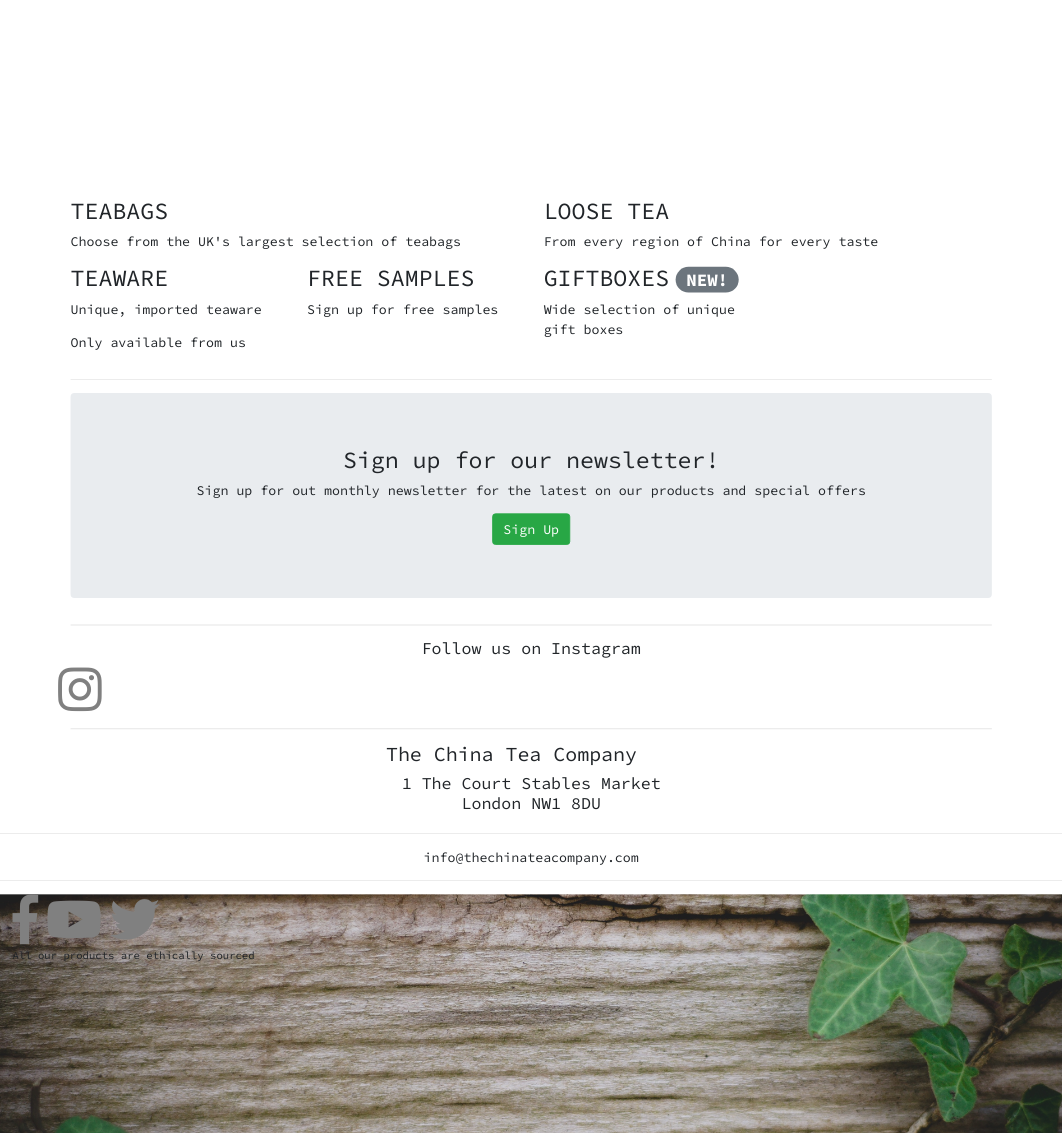
Repository: Code-Institute-Submissions/china-tea
Page: index.html
The author's editor kept a record of every edit. The page is drawn from the files as they stood at one moment, then again after the next edit.
The browser window is 1280 px wide. The pictures show the part of the page from y = 720 to 2086 px (the page is 2086 px tall), at 83% of full size.
Backgrounds fixed to the window are drawn as part of the page. Some web libraries are served in a nearby version.

Above is the page before.

### index.html
<!DOCTYPE html>
<html lang="en">

<head>
    <meta charset="UTF-8">
    <meta name="viewport" content="width=device-width, initial-scale=1.0">
    <meta http-equiv="X-UA-Compatible" content="ie=edge">
    <link rel="stylesheet" href="https://stackpath.bootstrapcdn.com/bootstrap/4.3.1/css/bootstrap.min.css" integrity="sha384-ggOyR0iXCbMQv3Xipma34MD+dH/1fQ784/j6cY/iJTQUOhcWr7x9JvoRxT2MZw1T" crossorigin="anonymous">

    <link rel="stylesheet" href="https://use.fontawesome.com/releases/v5.1.1/css/all.css" integrity="sha384-O8whS3fhG2OnA5Kas0Y9l3cfpmYjapjI0E4theH4iuMD+pLhbf6JI0jIMfYcK3yZ" crossorigin="anonymous">
    <link href="https://fonts.googleapis.com/css?family=Indie+Flower|Source+Code+Pro:400,700&display=swap" rel="stylesheet">
    <link rel="stylesheet" href="./assets/style.css" type="text/css" />
    <title>China Tea Company | Buy specially imported tea, tea-ware and gift boxes</title>
</head>

<body>

        <div class="container-fluid callout-container">

    <!-- navbar -->


    <nav class="navbar transparent navbar-expand-sm">
        <a href="/" class="navbar-home">Home</a>

        <button class="navbar-toggler ml-auto" type="button" data-toggle="collapse" data-target="#navbarNavDropdown" aria-controls="navbarNavDropdown" aria-expanded="false" aria-label="Toggle navigation">
    <span class="navbar-toggler-icon"></span>
</button>

        <div class="collapse navbar-collapse" id="navbarNavDropdown">

            <ul class="navbar-nav mx-auto">
                <div class="dropdown">
                    <a class="btn btn-light dropdown-toggle" href="#" role="button" id="dropdownMenuLink" data-toggle="dropdown" aria-haspopup="true" aria-expanded="false">Shop
  </a>

                    <div class="dropdown-menu" aria-labelledby="dropdownMenuLink">
                        <a class="dropdown-item" href="#">Teabags</a>
                        <a class="dropdown-item" href="#">Loose Tea</a>
                        <a class="dropdown-item" href="#">Teaware</a>
                        <a class="dropdown-item" href="#">Giftboxes</a>
                    </div>
                </div>


            </ul>




            <ul class="navbar-nav ml-auto ">

                <li class="nav-item"><a class="nav-link" href="/contact">Contact Us</a></li>
                <li class="nav-item"><a class="nav-link" href="/sign-in">Sign-in Sign-up</a></li>
            </ul>

        </div>
    </nav>

    <!-- /.navbar -->




        <!--Callout-->
        <section class="callout">
            <div class="row">

                <h1>The China Tea Company</h1>
                <div>
                    <h4 class="since text-muted">Since 1992</h4>
                </div>
            </div>
            <div class="row">
                <h2>Discover Chinese tea</h2>
            </div>

            <div class="row">
                <p><mark><strong>Sign up now for special offers</strong></mark>
                </p>
            </div>
            <div class="row">
                <button type="button" class="btn btn-outline-warning" data-toggle="modal" data-target="#signUpModal">Sign up!</button>
            </div>


            <div class="row">
                <div class="col-12 col-sm-4">
                </div>
                <div class="col-12 col-sm-4">

                    <p class="lead">The best selection of tea and tea-ware sourced directly from China by our experts</p>
                </div>
                <div class="col-12 col-sm-4">
                </div>
            </div>
        </section>


        <!--/.Callout-->
    </div>

    <div class="container-fluid buffer-container">
        <!--background buffer-->


    </div>

    <!--/.purchase buffer-->


    <div class="container purchase-container">
        <!--Purchase-->

        <section class="purchases">
            <div class="row">
                <div class="col-12 col-sm-6">
                    <div class="teabags">
                        <h3 class="text-uppercase">Teabags </h3>
                        <p>Choose from the UK's largest selection of teabags</p>
                    </div>
                </div>
                <div class="col-12 col-sm-6">
                    <div class="loosetea">
                        <h3 class="text-uppercase">Loose Tea</h3>
                        <p>From every region of China for every taste</p>
                    </div>
                </div>
            </div>




            <div class="row">
                <div class="col-12 col-sm-3">
                    <div class="teaware">
                        <h3 class="text-uppercase">Teaware</h3>
                        <p>Unique, imported teaware</p>
                        <p>Only available from us</p>
                    </div>
                </div>
                <div class="col-12 col-sm-3">
                    <div class="freesamples">
                        <h3 class="text-uppercase">Free Samples</h3>
                        <p>Sign up for free samples</p>
                    </div>
                </div>
                <div class="col-12 col-sm-3">

                    <div class="giftboxes">
                        <h3 class="text-uppercase">Giftboxes<span class="badge  badge-pill badge-secondary ml-2">NEW!</span></h3>
                        <p>Wide selection of unique gift boxes</p>
                    </div>
                </div>
            </div>

        </section>

        <hr>

        <!--/.purchase-->

    </div>



    <!--newsletter jumbotron-->
    <div class="container jumbotron-container">
        <section class="newsletter jumbotron text-center">

            <h3>Sign up for our newsletter!</h3>
            <p class="d-none d-sm-block">Sign up for out monthly newsletter for the latest on our products and special offers</p>

            <button type="button" class="btn btn-success" data-toggle="modal" data-target="#signUpModal">Sign Up</button>



        </section>
    </div>
    <!--/.newsletter jumbotron-->


    <div class="container instagram-container">
        <!--Instagram-->
        <hr>
        <section class="instagram">
            <div class="row">
                <div class="col-12">
                    <h5>
                        <center>Follow us on Instagram</center>
                    </h5>

                </div>

            </div>
            <div class="row">
                <i class="fab fa-instagram" style="font-size:60px;color:grey;"></i>
            </div>
        </section>
        <hr>
        <!--/.Instagram-->

    </div>

    <div class="container address-container">

        <!--address-->

        <section class="address">
            <div class="row">
                <div class="col-12 col-sm-4">
                </div>
                <div class="col-12 col-sm-4">
                    <h4 class="mx-auto">
                        The China Tea Company
                    </h4>
                    <h5>
                        <center>1 The Court Stables Market London NW1 8DU</center>
                    </h5>
                </div>
                <div class="col-12 col-sm-4">

                </div>

            </div>

        </section>


        <!--/.address-->

    </div>
    <hr>

    <p>
        <center>info@thechinateacompany.com</center>
    </p>






    <!--Modal-->

    <div class="modal" tabindex="-1" role="dialog" id="signUpModal">
        <div class="modal-dialog" role="document">
            <div class="modal-content">
                <div class="modal-header">
                    <h5 class="modal-title">Sign Up!</h5>
                    <button type="button" class="close" data-dismiss="modal" aria-label="Close">
          <span aria-hidden="true">&times;</span>
        </button>
                </div>
                <div class="modal-body">
                    <form>
                        <div class="form-group">

                            <input type="password" class="form-control" id="firstName" placeholder="First Name">
                            <input type="password" class="form-control" id="lastName" placeholder="Last Name">
                        </div>
                        <div class="form-group">
                            <label for="exampleInputEmail1">Email address</label>
                            <input type="email" class="form-control" id="exampleInputEmail1" aria-describedby="emailHelp" placeholder="Enter email">
                            <small id="emailHelp" class="form-text text-muted">We'll never share your email with anyone else.</small>
                        </div>
                        <div class="form-group">
                            <label for="password1">Password</label>
                            <input type="password" class="form-control" id="password1" placeholder="Choose password">
                        </div>
                        <div class="form-group">

                            <input type="password" class="form-control" id="repeat-Password" placeholder="Repeat password">
                        </div>
                        <label for="message">Message</label>
                        <textarea class="form-control" id="message" rows="3"></textarea>
                        <div class="form-group form-check">
                            <input type="checkbox" class="form-check-input" id="exampleCheck1">
                            <label class="form-check-label" for="exampleCheck1">I want to receive your newsletter</label>
                        </div>
                        <button type="submit" class="btn btn-primary">Submit</button>
                    </form>
                </div>

            </div>
        </div>
    </div>

    <!--/.Modal-->

    <hr>
    <div class="container-fluid footer-container">
        <!--footer-->


        <div class="social-media">
            <i class="fab fa-facebook-f" style="font-size:60px;color:grey;"></i>
            <i class="fab fa-youtube" style="font-size:60px;color:grey;"></i>
            <i class="fab fa-twitter" style="font-size:60px;color:grey;"></i>
        </div>

        <p><small>All our products are ethically sourced</small></p>

        <!--/.footer-->

    </div>

    <script src="https://code.jquery.com/jquery-3.3.1.slim.min.js" integrity="sha384-q8i/X+965DzO0rT7abK41JStQIAqVgRVzpbzo5smXKp4YfRvH+8abtTE1Pi6jizo" crossorigin="anonymous"></script>
    <script src="https://cdnjs.cloudflare.com/ajax/libs/popper.js/1.14.7/umd/popper.min.js" integrity="sha384-UO2eT0CpHqdSJQ6hJty5KVphtPhzWj9WO1clHTMGa3JDZwrnQq4sF86dIHNDz0W1" crossorigin="anonymous"></script>
    <script src="https://stackpath.bootstrapcdn.com/bootstrap/4.3.1/js/bootstrap.min.js" integrity="sha384-JjSmVgyd0p3pXB1rRibZUAYoIIy6OrQ6VrjIEaFf/nJGzIxFDsf4x0xIM+B07jRM" crossorigin="anonymous"></script>
</body>

</html>

### assets/style.css
body {
    font-family: 'Indie Flower', cursive;
    font-family: 'Source Code Pro', monospace;
}



.callout-container {
    height: 100vh;


    background: url("images/main-background.jpg") no-repeat center center fixed;
    -webkit-background-size: cover;
    -moz-background-size: cover;
    -o-background-size: cover;
    background-size: cover;
}

.since {
    position: relative;
    left: 327px;
    top: 40px;
}

.buffer-container {
    height: 33vh;

}

.cup-leafs {
    height: 33vh;

}

    .purchase-container {}

    .jumbotron-container {}

    .instagram-container {}

    .address-container {}

.footer-container {
    height: 40vh;

    background: url("images/footer.jpg") no-repeat center center fixed;
    -webkit-background-size: cover;
    -moz-background-size: cover;
    -o-background-size: cover;
    background-size: cover;
}

After the next edit:
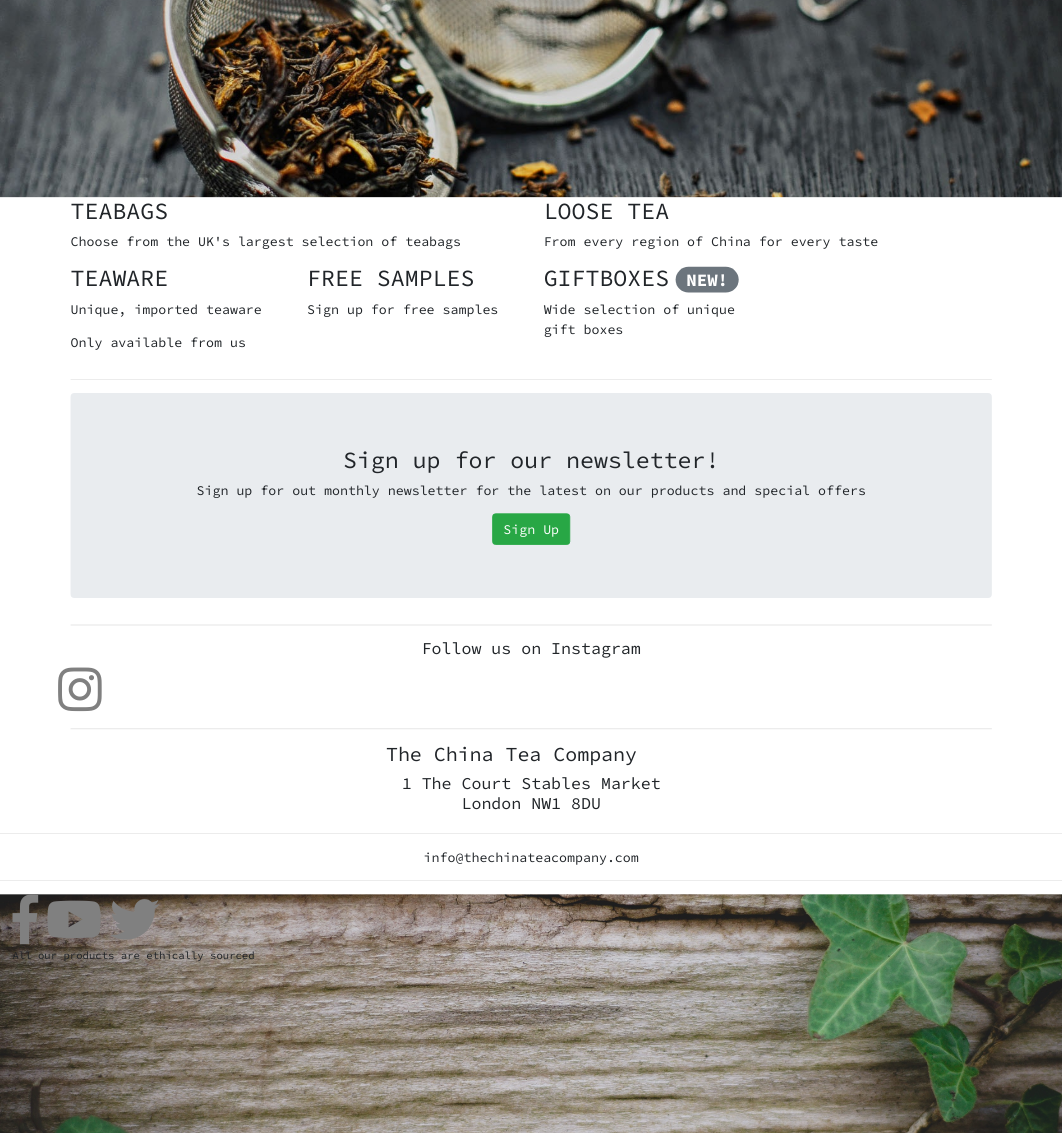
The edit:
--- a/assets/style.css
+++ b/assets/style.css
@@ -25,6 +25,13 @@
 .buffer-container {
     height: 33vh;
 
+     background: url("images/tea-1869594.jpg") no-repeat center center fixed;
+    -webkit-background-size: cover;
+    -moz-background-size: cover;
+    -o-background-size: cover;
+    background-size: cover;
+}
+
 }
 
 .cup-leafs {
